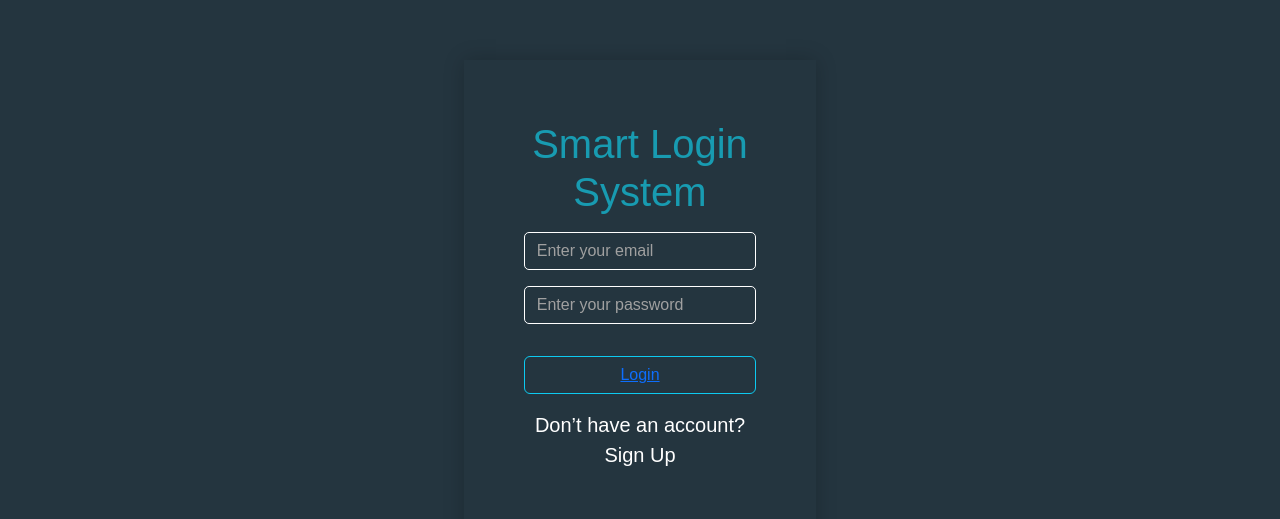
Repository: bodajava/TASK-4
Page: index.html
The author's editor kept a copy of each file at every save. The page is drawn from the files as they stood at one save, then again after the next save.
The browser window is 1280 px wide. The pictures show the whole page.

Above is the page before, as saved 2025-06-16 19:20:04.

After the next save:
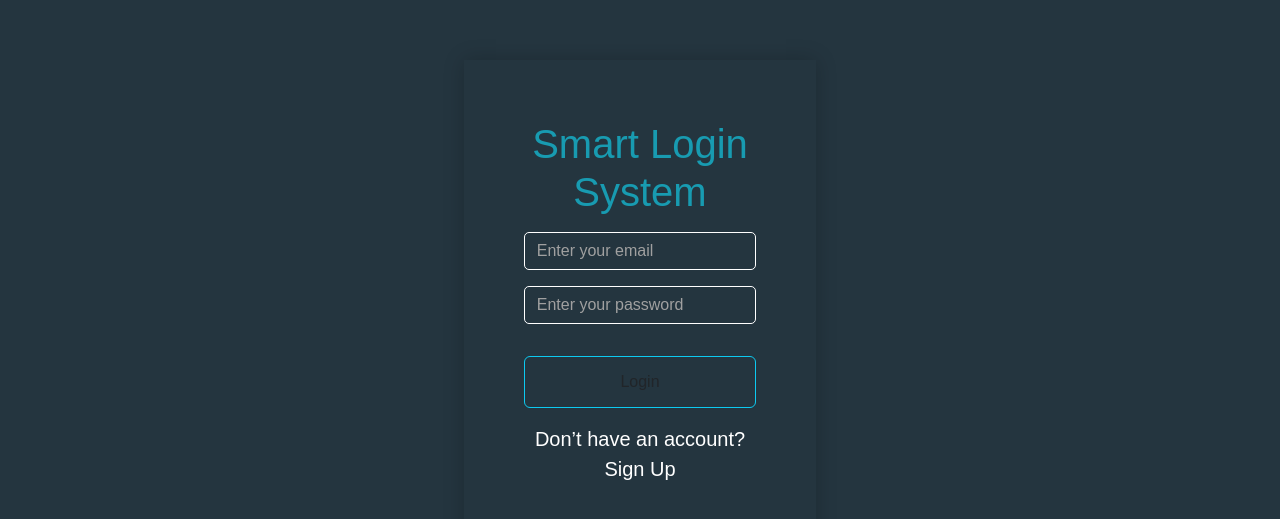
Saved 21 s later.
--- a/index.html
+++ b/index.html
@@ -25,7 +25,7 @@
           id="signinPassword"
         />
         <button class="btn btn-outline-info w-100 my-3">
-          <a href="theerdIndex.html">Login</a>
+          <a class="btn" href="theerdIndex.html">Login</a>
         </button>
         <p class="paragraph">
           Don’t have an account?
